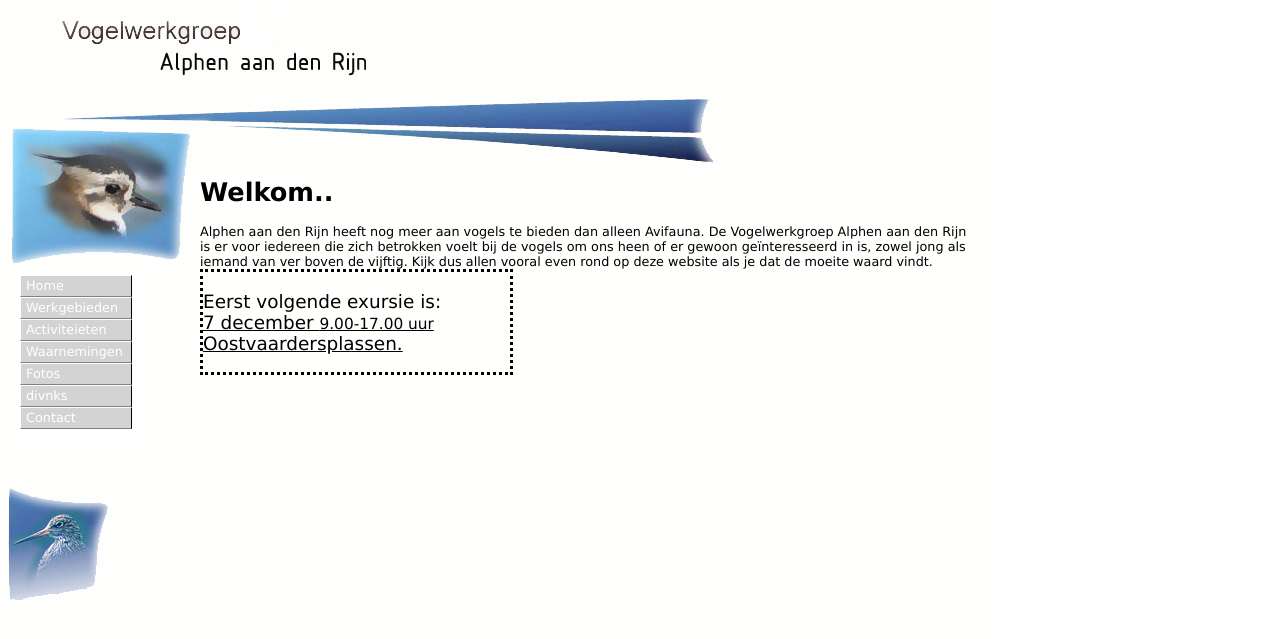
Repository: wimkok/diverse-testjes
Page: VWG/index.html
The author's editor kept a record of every edit. The page is drawn from the files as they stood at one moment, then again after the next edit.
The browser window is 1280 px wide. The pictures show the whole page.

Above is the page before.

### VWG/index.html
<!DOCTYPE html PUBLIC "-//W3C//DTD XHTML 1.0 Transitional//EN" "http://www.w3.org/TR/xhtml1/DTD/xhtml1-transitional.dtd">
<html xmlns="http://www.w3.org/1999/xhtml" xml:lang="en-gb" lang="en-gb">
<head>
    <meta http-equiv="Content-Type" content="text/html;charset=UTF-8" />
    <link rel="stylesheet" type="text/css" href="./vwgalphen.css">
    <script src="showDOM.js"></script>
</head>
<body class='withbg'>
    <div id='base'>
        <div class='item'>
        <h1>Welkom..</h1>
Alphen aan den Rijn heeft nog meer aan vogels te bieden dan alleen Avifauna.
De Vogelwerkgroep Alphen aan den Rijn is er voor iedereen die zich betrokken voelt bij de vogels om ons heen of er gewoon geïnteresseerd in is,
zowel jong als iemand van ver boven de vijftig. Kijk dus allen vooral even rond op deze website als je dat de moeite waard vindt.
        </div>

        <div class='boxed'>
<tr><td>

<p style="font-size:120%; ">Eerst volgende exursie is:<br>
<a href="#07dec2014">7 december <small>9.00-17.00 uur</small> Oostvaardersplassen.</a>

        </div>

    </div>
    <iframe id='menu' src="./menu.html" ></iframe>
</body>
</html>

### VWG/vwgalphen.css
body {
	font-family: verdana, helvetica, arial, sans-serif;
	font-size: 80%;
	margin: 0;
	padding: 0;
	background-color : #ffffff;

}
a {
	font-family: Verdana, Arial, Helvetica, sans-serif;
	color: black;
}

.withbg {
    background: url('./back.jpg');
    background-repeat: no-repeat;
}

#base {
	position: fixed;
    top: 160px;
    left: 200px;
	width: 60%;

}

#menu {
	position: fixed;
	width: 120px;
    height: 160px;
    top: 275px;
    left: 20px;
	color: green;
	border:none
}

.menu-item {
	background-color: lightgray;
	color:white;
    width: 110px;
    height: 20px;
    border-style: solid;
    border-color: white black gray white;
    border-width: 1px;
    border-top-style: solid;
    border-right-style: solid;
    border-bottom-style: solid;
    border-left-style: solid;
    vertical-align: 5px;
}

.menu-item  a:link, a:visited {
	position: relative;
	top: 2px;
	left: 5px;
	color:white;
	text-decoration: none;
}

.menu-item a:hover, a:active {
	color: black;
	text-decoration: none;
}

iframe {
	border:none;
	overflow:auto;
}

.item {
	border: none;
	text-align: left;
    display:table-cell;
    vertical-align: middle;
}

.boxed {
	position: relative;
	left: auto;
	right: auto;
	border: dotted;
	text-align: left;
	alignment-adjust: middle;
	width: 40%;
	font-size:120%;
}

p,h1,h2,h3,main {
	font-family: Verdana, Arial, Helvetica, sans-serif;
	font-size: 85%;
	color: black;
}


h1 {
	font-family: Verdana, Arial, Helvetica, sans-serif;
	font-size: 200%;

	font-weight: bold;
}

h2 {
	font-family: Verdana, Arial, Helvetica, sans-serif;
	font-size: 160%;

	font-weight: bold;
}


h3 {

	font-size: 110%;


}

### showDOM.js
function showDOM() {
    var retString = "";
    if (document.getElementById("showDOC") != null) {
    	document.getElementById("showDOC").innerHTML = retString + showDocument();
    } else {retString += showDocument()}
    if (document.getElementById("showDOM") != null) {
        retString += showElement(document.documentElement);
    	document.getElementById("showDOM").innerHTML = retString;
    }
}

function showDocument() {
    var retString = "<h1>Document Info</h1>";
    retString += printp("document.body=" + document.body.nodeName);
    retString += printp("document.doctype=" + document.doctype.name);
    if( document.documentMode == undefined)
    	retString += printp("document.documentMode=alleen IE");
    else
    	retString += printp("document.documentMode=" + document.documentMode);
    if( document.documentURI == undefined)
    	retString += printp("document.documentURI=Niet in IE");
    else
	    retString += printp("document.documentURI=" + document.documentURI);
    retString += printp("document.implementation=" + document.implementation);
    retString += printp("document.referrer=" + document.referrer);
    retString += printp("document.title=" + document.title);
    retString += printp("document.URL=" + document.URL);
    retString += printp("document.links.length=" + document.links.length);

    return retString;
}

function showElement( element ) {
    var retString = "<h1>Element ["+element.nodeName+"]</h1>";
    retString += showAttributes(document.documentElement);
    retString += printp("element.nodeName=" + element.nodeName);
    retString += printp("element.nodeType=" + element.nodeType);
    retString += printp("element.nodeValue=" + element.nodeValue);
    retString += printp("element.title=" + element.title);
    retString += printp("element.style=" + element.style);
    retString += "element.childNodes" + showChildNodes(element);
    return retString;
}

function showChildNodes( element ) {
    var retString = "";
    var nodes = element.childNodes;
    for (var i=0; i<nodes.length; i++) {
        retString += printp("node["+i+"]="+nodes[i].nodeName+":"+nodes[i].nodeType);
    }
    return retString;
}

function showAttributes( element ) {
    var retString = "<h2>Atrributes ["+element.nodeName+"]</h2>";
    var attribs = element.attributes;
    for (var i=0; i<attribs.length; i++) {
        retString += "<p>attrib["+i+"]="+attribs[i].name+":"+attribs[i].value+"</p>";
    }
    return retString;
}

function printp( tekst) {
    return "<p>"+tekst+"</p>";
}

### VWG/menu.html
<!DOCTYPE html PUBLIC "-//W3C//DTD XHTML 1.0 Transitional//EN" "http://www.w3.org/TR/xhtml1/DTD/xhtml1-transitional.dtd">
<html xmlns="http://www.w3.org/1999/xhtml" xml:lang="en-gb" lang="en-gb">
<head>
    <link rel="stylesheet" type="text/css" href="./vwgalphen.css">
<script src="showDOM.js"></script>
</head>
<body>
    <div class='menu-item'><a href="index.html">Home</a></div>
    <div class='menu-item'><a href="werkgebied.htm" target="_top">Werkgebieden</a></div>
    <div class='menu-item'><a href="intro.htm">Activiteieten</a></div>
    <div class='menu-item'><a href="waarneming.htm">Waarnemingen</a></div>
    <div class='menu-item'><a href="foto1.htm">Fotos</a></div>
    <div class='menu-item'><a href="divnks.htm">divnks</a></div>
    <div class='menu-item'><a href="contact.htm">Contact</a></div>
</body>
</html>

After the next edit:
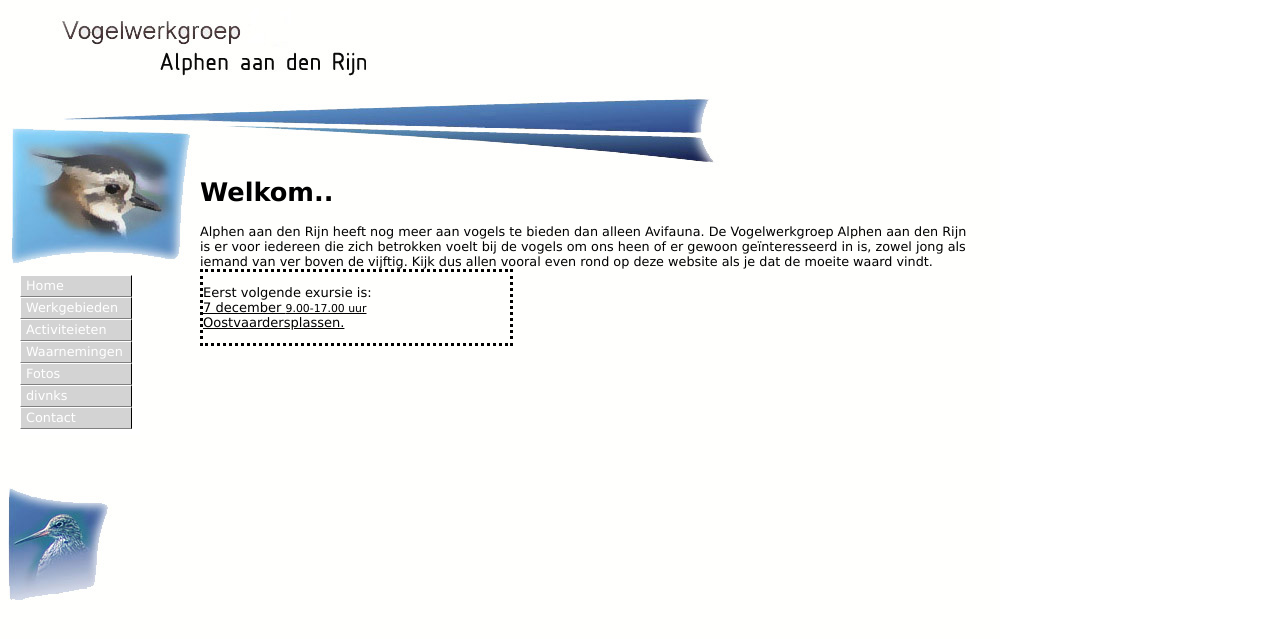
The edit:
--- a/VWG/index.html
+++ b/VWG/index.html
@@ -17,7 +17,7 @@
         <div class='boxed'>
 <tr><td>
 
-<p style="font-size:120%; ">Eerst volgende exursie is:<br>
+        <p>Eerst volgende exursie is:<br>
 <a href="#07dec2014">7 december <small>9.00-17.00 uur</small> Oostvaardersplassen.</a>
 
         </div>
